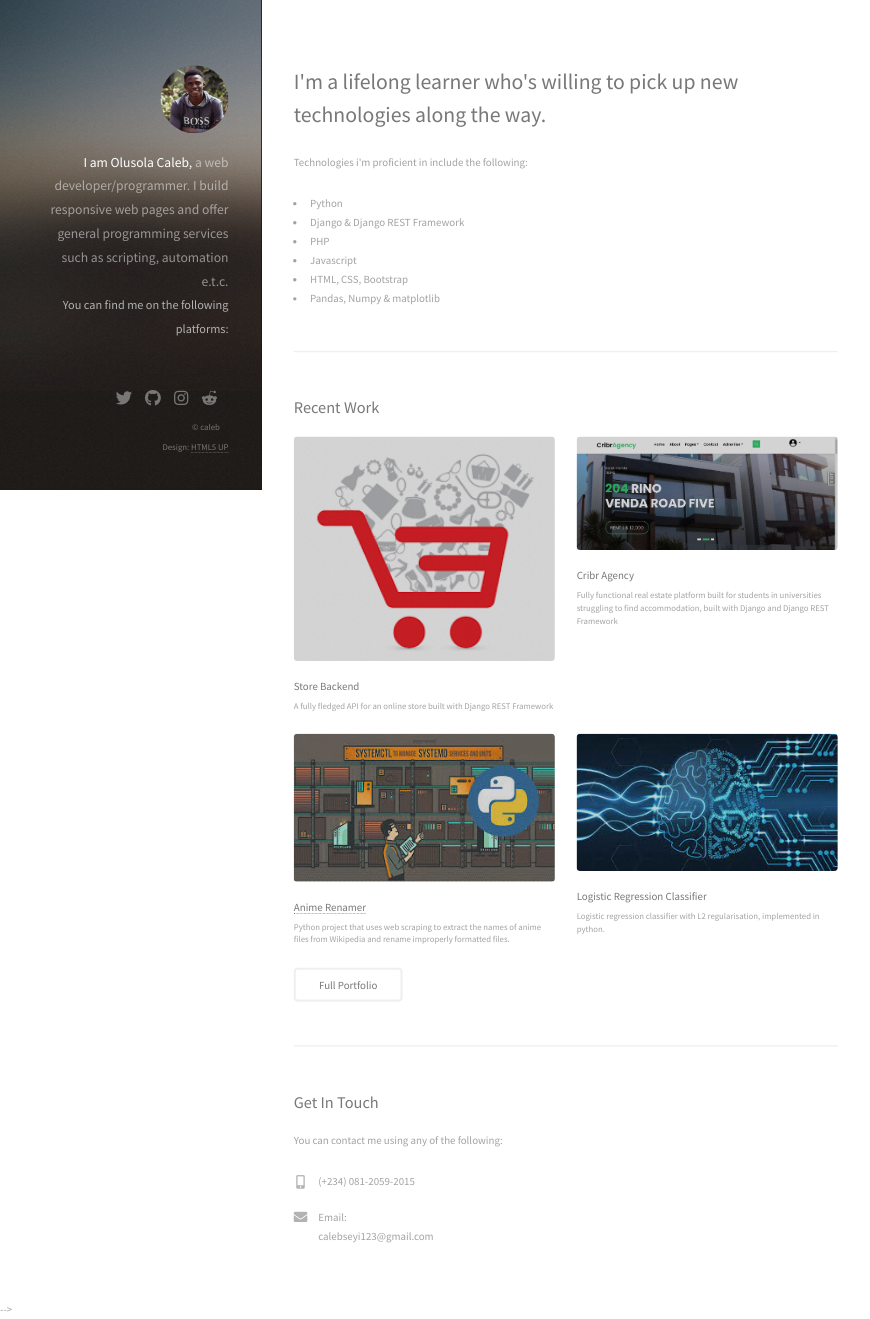
Repository: Caleb40/Caleb40.github.io
Page: index.html
An editor plug-in stored every save of this project. The page is shown before and after the next save, followed by the edit.
The browser window is 1280 px wide. The pictures show the whole page, at 68% of full size.

Above is the page before, as saved 2022-08-15 14:46:51.

### index.html
<!DOCTYPE HTML>
<html lang="en">

<head>
	<title>Olusola Caleb O.</title>
	<meta charset="utf-8" />
	<meta name="viewport" content="width=device-width, initial-scale=1, user-scalable=no" />
	<link rel="stylesheet" href="assets/css/main.css" />
</head>

<body class="is-preload">

	<!-- Header -->
	<header id="header">
		<div class="inner">
			<a href="#" class="image avatar"><img src="images/Photo_1607349133627.jpg" alt="profile" height="100px" width="100px" /></a>
			<h1 id="desc"><strong>I am Olusola Caleb,</strong><br> a web developer/programmer.<br />
				I build responsive web pages and offer general programming services such as scripting, automation e.t.c.
				<p id="findme">You can find me on <br> the following platforms:</p>
			</h1>

		</div>
	</header>

	<!-- Main -->
	<div id="main">

		<!-- One -->
		<section id="one">
			<header class="major">
				<h2>I'm a lifelong learner who's willing to pick up new technologies along the way.</h2>
			</header>
			<p>Technologies i'm proficient in include the following: </p>
			<ul>
				<li>Python</li>
				<li>Django & Django REST Framework</li>
				<li>PHP</li>
				<li>Javascript</li>
				<li>HTML, CSS, Bootstrap</li>
				<li>Pandas, Numpy & matplotlib</li>

			</ul>
			<!-- <ul class="actions">
				<li><a href="#" class="button">Learn More</a></li>
			</ul> -->
		</section>

		<!-- Two -->
		<section id="two">
			<h2>Recent Work</h2>
			<div class="row">
				<article class="col-6 col-12-xsmall work-item">
					<a href="http://moshbuy-prod-mnb" class="image fit thumb"><img
							src="images/store_logo.png" alt=""/></a>
					<h3>Store Backend</h3>
					<p>A fully fledged API for an online store built with Django REST Framework</p>
				</article>
				<article class="col-6 col-12-xsmall work-item">
					<a href="images/portfolio/20220712_184159.png" class="image fit thumb"><img
							src="images/portfolio/20220712_184159.png" /></a>
					<h3>Cribr Agency</h3>
					<p>Fully functional real estate platform built for students in universities struggling to find accommodation,
						built with Django and Django REST Framework</p>
				</article>
				<article class="col-6 col-12-xsmall work-item">
					<a href="images/images.jpeg" class="image fit thumb"><img src="images/images.jpeg" alt="" /></a>
					<h3><a href="https://github.com/Caleb40/Anime-Renamer">Anime Renamer</a></h3>
					<p>Python project that uses web scraping to extract the names of anime files from Wikipedia and rename
						improperly formatted files.</p>
				</article>
				<article class="col-6 col-12-xsmall work-item">
					<a href="images/ai.jpeg" class="image fit thumb"><img src="images/ai.jpeg" alt="" /></a>
					<h3>Logistic Regression Classifier</h3>
					<p>Logistic regression classifier with L2 regularisation, implemented in python.</p>
				</article>
			</div>
			<ul class="actions">
				<li><a href="https://www.linkedin.com/in/caleb-olusola/" class="button">Full Portfolio</a></li>
			</ul>
		</section>

		<!-- Three -->
		<section id="three">
			<h2>Get In Touch</h2>
			<p>You can contact me using any of the following:</p>
			<div class="row">
				<!-- <div class="col-8 col-12-small">
					<form method="post" action="#">
						<div class="row gtr-uniform gtr-50">
							<div class="col-6 col-12-xsmall"><input type="text" name="name" id="name"
									placeholder="Name" /></div>
							<div class="col-6 col-12-xsmall"><input type="email" name="email" id="email"
									placeholder="Email" /></div>
							<div class="col-12"><textarea name="message" id="message" placeholder="Message"
									rows="4"></textarea></div>
						</div>
					</form>
					<ul class="actions">
						<li><input type="submit" value="Send Message" /></li>
					</ul>

				</div> -->
				<div class="col-4 col-12-small">
					<ul class="labeled-icons">
						<li>
							<h3 class="icon solid fa-mobile-alt"><span class="label">Phone</span></h3>
						(+234) 081-2059-2015
						</li>
						<li>
							<h3 class="icon solid fa-envelope"><span class="label">Email</span></h3>
							<p>Email: calebseyi123@gmail.com</p>
						</li>
					</ul>
				</div>
			</div>
		</section>

		<!-- Four -->

					<!-- <section id="four">
						<h2>Elements</h2>

						<section>
							<h4>Text</h4>
							<p>This is <b>bold</b> and this is <strong>strong</strong>. This is <i>italic</i> and this is <em>emphasized</em>.
							This is <sup>superscript</sup> text and this is <sub>subscript</sub> text.
							This is <u>underlined</u> and this is code: <code>for (;;) { ... }</code>. Finally, <a href="#">this is a link</a>.</p>
							<hr />
							<header>
								<h4>Heading with a Subtitle</h4>
								<p>Lorem ipsum dolor sit amet nullam id egestas urna aliquam</p>
							</header>
							<p>Nunc lacinia ante nunc ac lobortis. Interdum adipiscing gravida odio porttitor sem non mi integer non faucibus ornare mi ut ante amet placerat aliquet. Volutpat eu sed ante lacinia sapien lorem accumsan varius montes viverra nibh in adipiscing blandit tempus accumsan.</p>
							<header>
								<h5>Heading with a Subtitle</h5>
								<p>Lorem ipsum dolor sit amet nullam id egestas urna aliquam</p>
							</header>
							<p>Nunc lacinia ante nunc ac lobortis. Interdum adipiscing gravida odio porttitor sem non mi integer non faucibus ornare mi ut ante amet placerat aliquet. Volutpat eu sed ante lacinia sapien lorem accumsan varius montes viverra nibh in adipiscing blandit tempus accumsan.</p>
							<hr />
							<h2>Heading Level 2</h2>
							<h3>Heading Level 3</h3>
							<h4>Heading Level 4</h4>
							<h5>Heading Level 5</h5>
							<h6>Heading Level 6</h6>
							<hr />
							<h5>Blockquote</h5>
							<blockquote>Fringilla nisl. Donec accumsan interdum nisi, quis tincidunt felis sagittis eget tempus euismod. Vestibulum ante ipsum primis in faucibus vestibulum. Blandit adipiscing eu felis iaculis volutpat ac adipiscing accumsan faucibus. Vestibulum ante ipsum primis in faucibus lorem ipsum dolor sit amet nullam adipiscing eu felis.</blockquote>
							<h5>Preformatted</h5>
							<pre><code>i = 0;

while (!deck.isInOrder()) {
print 'Iteration ' + i;
deck.shuffle();
i++;
}

print 'It took ' + i + ' iterations to sort the deck.';</code></pre>
						</section>

						<section>
							<h4>Lists</h4>
							<div class="row">
								<div class="col-6 col-12-xsmall">
									<h5>Unordered</h5>
									<ul>
										<li>Dolor pulvinar etiam magna etiam.</li>
										<li>Sagittis adipiscing lorem eleifend.</li>
										<li>Felis enim feugiat dolore viverra.</li>
									</ul>
									<h5>Alternate</h5>
									<ul class="alt">
										<li>Dolor pulvinar etiam magna etiam.</li>
										<li>Sagittis adipiscing lorem eleifend.</li>
										<li>Felis enim feugiat dolore viverra.</li>
									</ul>
								</div>
								<div class="col-6 col-12-xsmall">
									<h5>Ordered</h5>
									<ol>
										<li>Dolor pulvinar etiam magna etiam.</li>
										<li>Etiam vel felis at lorem sed viverra.</li>
										<li>Felis enim feugiat dolore viverra.</li>
										<li>Dolor pulvinar etiam magna etiam.</li>
										<li>Etiam vel felis at lorem sed viverra.</li>
										<li>Felis enim feugiat dolore viverra.</li>
									</ol>
									<h5>Icons</h5>
									<ul class="icons">
										<li><a href="#" class="icon brands fa-twitter"><span class="label">Twitter</span></a></li>
										<li><a href="#" class="icon brands fa-facebook-f"><span class="label">Facebook</span></a></li>
										<li><a href="#" class="icon brands fa-instagram"><span class="label">Instagram</span></a></li>
										<li><a href="#" class="icon brands fa-github"><span class="label">Github</span></a></li>
										<li><a href="#" class="icon brands fa-dribbble"><span class="label">Dribbble</span></a></li>
										<li><a href="#" class="icon brands fa-tumblr"><span class="label">Tumblr</span></a></li>
									</ul>
								</div>
							</div>
							<h5>Actions</h5>
							<ul class="actions">
								<li><a href="#" class="button primary">Default</a></li>
								<li><a href="#" class="button">Default</a></li>
							</ul>
							<ul class="actions small">
								<li><a href="#" class="button primary small">Small</a></li>
								<li><a href="#" class="button small">Small</a></li>
							</ul>
							<div class="row">
								<div class="col-6 col-12-small">
									<ul class="actions stacked">
										<li><a href="#" class="button primary">Default</a></li>
										<li><a href="#" class="button">Default</a></li>
									</ul>
								</div>
								<div class="col-6 col-12-small">
									<ul class="actions stacked">
										<li><a href="#" class="button primary small">Small</a></li>
										<li><a href="#" class="button small">Small</a></li>
									</ul>
								</div>
								<div class="col-6 col-12-small">
									<ul class="actions stacked">
										<li><a href="#" class="button primary fit">Default</a></li>
										<li><a href="#" class="button fit">Default</a></li>
									</ul>
								</div>
								<div class="col-6 col-12-small">
									<ul class="actions stacked">
										<li><a href="#" class="button primary small fit">Small</a></li>
										<li><a href="#" class="button small fit">Small</a></li>
									</ul>
								</div>
							</div>
						</section>

						<section>
							<h4>Table</h4>
							<h5>Default</h5>
							<div class="table-wrapper">
								<table>
									<thead>
										<tr>
											<th>Name</th>
											<th>Description</th>
											<th>Price</th>
										</tr>
									</thead>
									<tbody>
										<tr>
											<td>Item One</td>
											<td>Ante turpis integer aliquet porttitor.</td>
											<td>29.99</td>
										</tr>
										<tr>
											<td>Item Two</td>
											<td>Vis ac commodo adipiscing arcu aliquet.</td>
											<td>19.99</td>
										</tr>
										<tr>
											<td>Item Three</td>
											<td> Morbi faucibus arcu accumsan lorem.</td>
											<td>29.99</td>
										</tr>
										<tr>
											<td>Item Four</td>
											<td>Vitae integer tempus condimentum.</td>
											<td>19.99</td>
										</tr>
										<tr>
											<td>Item Five</td>
											<td>Ante turpis integer aliquet porttitor.</td>
											<td>29.99</td>
										</tr>
									</tbody>
									<tfoot>
										<tr>
											<td colspan="2"></td>
											<td>100.00</td>
										</tr>
									</tfoot>
								</table>
							</div>

							<h5>Alternate</h5>
							<div class="table-wrapper">
								<table class="alt">
									<thead>
										<tr>
											<th>Name</th>
											<th>Description</th>
											<th>Price</th>
										</tr>
									</thead>
									<tbody>
										<tr>
											<td>Item One</td>
											<td>Ante turpis integer aliquet porttitor.</td>
											<td>29.99</td>
										</tr>
										<tr>
											<td>Item Two</td>
											<td>Vis ac commodo adipiscing arcu aliquet.</td>
											<td>19.99</td>
										</tr>
										<tr>
											<td>Item Three</td>
											<td> Morbi faucibus arcu accumsan lorem.</td>
											<td>29.99</td>
										</tr>
										<tr>
											<td>Item Four</td>
											<td>Vitae integer tempus condimentum.</td>
											<td>19.99</td>
										</tr>
										<tr>
											<td>Item Five</td>
											<td>Ante turpis integer aliquet porttitor.</td>
											<td>29.99</td>
										</tr>
									</tbody>
									<tfoot>
										<tr>
											<td colspan="2"></td>
											<td>100.00</td>
										</tr>
									</tfoot>
								</table>
							</div>
						</section>

						<section>
							<h4>Buttons</h4>
							<ul class="actions">
								<li><a href="#" class="button primary">Primary</a></li>
								<li><a href="#" class="button">Default</a></li>
							</ul>
							<ul class="actions">
								<li><a href="#" class="button large">Large</a></li>
								<li><a href="#" class="button">Default</a></li>
								<li><a href="#" class="button small">Small</a></li>
							</ul>
							<ul class="actions fit">
								<li><a href="#" class="button primary fit">Fit</a></li>
								<li><a href="#" class="button fit">Fit</a></li>
							</ul>
							<ul class="actions fit small">
								<li><a href="#" class="button primary fit small">Fit + Small</a></li>
								<li><a href="#" class="button fit small">Fit + Small</a></li>
							</ul>
							<ul class="actions">
								<li><a href="#" class="button primary icon solid fa-download">Icon</a></li>
								<li><a href="#" class="button icon solid fa-download">Icon</a></li>
							</ul>
							<ul class="actions">
								<li><span class="button primary disabled">Primary</span></li>
								<li><span class="button disabled">Default</span></li>
							</ul>
						</section>

						<section>
							<h4>Form</h4>
							<form method="post" action="#">
								<div class="row gtr-uniform gtr-50">
									<div class="col-6 col-12-xsmall">
										<input type="text" name="demo-name" id="demo-name" value="" placeholder="Name" />
									</div>
									<div class="col-6 col-12-xsmall">
										<input type="email" name="demo-email" id="demo-email" value="" placeholder="Email" />
									</div>
									<div class="col-12">
										<select name="demo-category" id="demo-category">
											<option value="">- Category -</option>
											<option value="1">Manufacturing</option>
											<option value="1">Shipping</option>
											<option value="1">Administration</option>
											<option value="1">Human Resources</option>
										</select>
									</div>
									<div class="col-4 col-12-small">
										<input type="radio" id="demo-priority-low" name="demo-priority" checked>
										<label for="demo-priority-low">Low Priority</label>
									</div>
									<div class="col-4 col-12-small">
										<input type="radio" id="demo-priority-normal" name="demo-priority">
										<label for="demo-priority-normal">Normal Priority</label>
									</div>
									<div class="col-4 col-12-small">
										<input type="radio" id="demo-priority-high" name="demo-priority">
										<label for="demo-priority-high">High Priority</label>
									</div>
									<div class="col-6 col-12-small">
										<input type="checkbox" id="demo-copy" name="demo-copy">
										<label for="demo-copy">Email me a copy of this message</label>
									</div>
									<div class="col-6 col-12-small">
										<input type="checkbox" id="demo-human" name="demo-human" checked>
										<label for="demo-human">I am a human and not a robot</label>
									</div>
									<div class="col-12">
										<textarea name="demo-message" id="demo-message" placeholder="Enter your message" rows="6"></textarea>
									</div>
									<div class="col-12">
										<ul class="actions">
											<li><input type="submit" value="Send Message" class="primary" /></li>
											<li><input type="reset" value="Reset" /></li>
										</ul>
									</div>
								</div>
							</form>
						</section>

						<section>
							<h4>Image</h4>
							<h5>Fit</h5>
							<div class="box alt">
								<div class="row gtr-50 gtr-uniform">
									<div class="col-12"><span class="image fit"><img src="images/fulls/05.jpg" alt="" /></span></div>
									<div class="col-4"><span class="image fit"><img src="images/thumbs/01.jpg" alt="" /></span></div>
									<div class="col-4"><span class="image fit"><img src="images/thumbs/02.jpg" alt="" /></span></div>
									<div class="col-4"><span class="image fit"><img src="images/thumbs/03.jpg" alt="" /></span></div>
									<div class="col-4"><span class="image fit"><img src="images/thumbs/04.jpg" alt="" /></span></div>
									<div class="col-4"><span class="image fit"><img src="images/thumbs/05.jpg" alt="" /></span></div>
									<div class="col-4"><span class="image fit"><img src="images/thumbs/06.jpg" alt="" /></span></div>
									<div class="col-4"><span class="image fit"><img src="images/thumbs/03.jpg" alt="" /></span></div>
									<div class="col-4"><span class="image fit"><img src="images/thumbs/02.jpg" alt="" /></span></div>
									<div class="col-4"><span class="image fit"><img src="images/thumbs/01.jpg" alt="" /></span></div>
								</div>
							</div>
							<h5>Left &amp; Right</h5>
							<p><span class="image left"><img src="images/avatar.jpg" alt="" /></span>Fringilla nisl. Donec accumsan interdum nisi, quis tincidunt felis sagittis eget. tempus euismod. Vestibulum ante ipsum primis in faucibus vestibulum. Blandit adipiscing eu felis iaculis volutpat ac adipiscing accumsan eu faucibus. Integer ac pellentesque praesent tincidunt felis sagittis eget. tempus euismod. Vestibulum ante ipsum primis in faucibus vestibulum. Blandit adipiscing eu felis iaculis volutpat ac adipiscing accumsan eu faucibus. Integer ac pellentesque praesent. Donec accumsan interdum nisi, quis tincidunt felis sagittis eget. tempus euismod. Vestibulum ante ipsum primis in faucibus vestibulum. Blandit adipiscing eu felis iaculis volutpat ac adipiscing accumsan eu faucibus. Integer ac pellentesque praesent tincidunt felis sagittis eget. tempus euismod. Vestibulum ante ipsum primis in faucibus vestibulum. Blandit adipiscing eu felis iaculis volutpat ac adipiscing accumsan eu faucibus. Integer ac pellentesque praesent.</p>
							<p><span class="image right"><img src="images/avatar.jpg" alt="" /></span>Fringilla nisl. Donec accumsan interdum nisi, quis tincidunt felis sagittis eget. tempus euismod. Vestibulum ante ipsum primis in faucibus vestibulum. Blandit adipiscing eu felis iaculis volutpat ac adipiscing accumsan eu faucibus. Integer ac pellentesque praesent tincidunt felis sagittis eget. tempus euismod. Vestibulum ante ipsum primis in faucibus vestibulum. Blandit adipiscing eu felis iaculis volutpat ac adipiscing accumsan eu faucibus. Integer ac pellentesque praesent. Donec accumsan interdum nisi, quis tincidunt felis sagittis eget. tempus euismod. Vestibulum ante ipsum primis in faucibus vestibulum. Blandit adipiscing eu felis iaculis volutpat ac adipiscing accumsan eu faucibus. Integer ac pellentesque praesent tincidunt felis sagittis eget. tempus euismod. Vestibulum ante ipsum primis in faucibus vestibulum. Blandit adipiscing eu felis iaculis volutpat ac adipiscing accumsan eu faucibus. Integer ac pellentesque praesent.</p>
						</section>

					</section>
				-->

	</div> -->

	<!-- Footer -->
	<footer id="footer">
		<div class="inner">
			<!-- <p id="phone">Contact: 08120592015</p>
			<p id="email">E-mail: calebseyi123@gmail.com</p> -->
			<ul class="icons">
				<li><a href="https://twitter.com/caleb_mnb" class="icon brands fa-twitter"><span
							class="label">Twitter</span></a></li>
				<li><a href="https://github.com/Caleb40" class="icon brands fa-github"><span
							class="label">Github</span></a></li>
				<li><a href="https://www.instagram.com/itz_calebking/" class="icon brands fa-instagram"><span
							class="label">Instagram</span></a></li>
				<li><a href="https://www.reddit.com/user/caleb_king" class="icon brands fa-reddit-alien"><span
							class="label">Reddit</span></a></li>
				<ul class="copyright">
					<li>&copy; caleb</li>
					<li>Design: <a href="http://html5up.net">HTML5 UP</a></li>
				</ul>

			</ul>
		</div>
	</footer>

	<!-- Scripts -->
	<script src="assets/js/jquery.min.js"></script>
	<script src="assets/js/jquery.poptrox.min.js"></script>
	<script src="assets/js/browser.min.js"></script>
	<script src="assets/js/breakpoints.min.js"></script>
	<script src="assets/js/util.js"></script>
	<script src="assets/js/main.js"></script>

</body>

</html>

Loaded but not shown: assets/css/fontawesome-all.min.css (library); assets/js/jquery.min.js (library); assets/js/jquery.poptrox.min.js (library); assets/js/browser.min.js (common file); assets/js/breakpoints.min.js (common file); assets/js/util.js (587 lines, source omitted); assets/js/main.js (117 lines, source omitted); assets/css/main.css (3241 lines, source omitted)

After the next save:
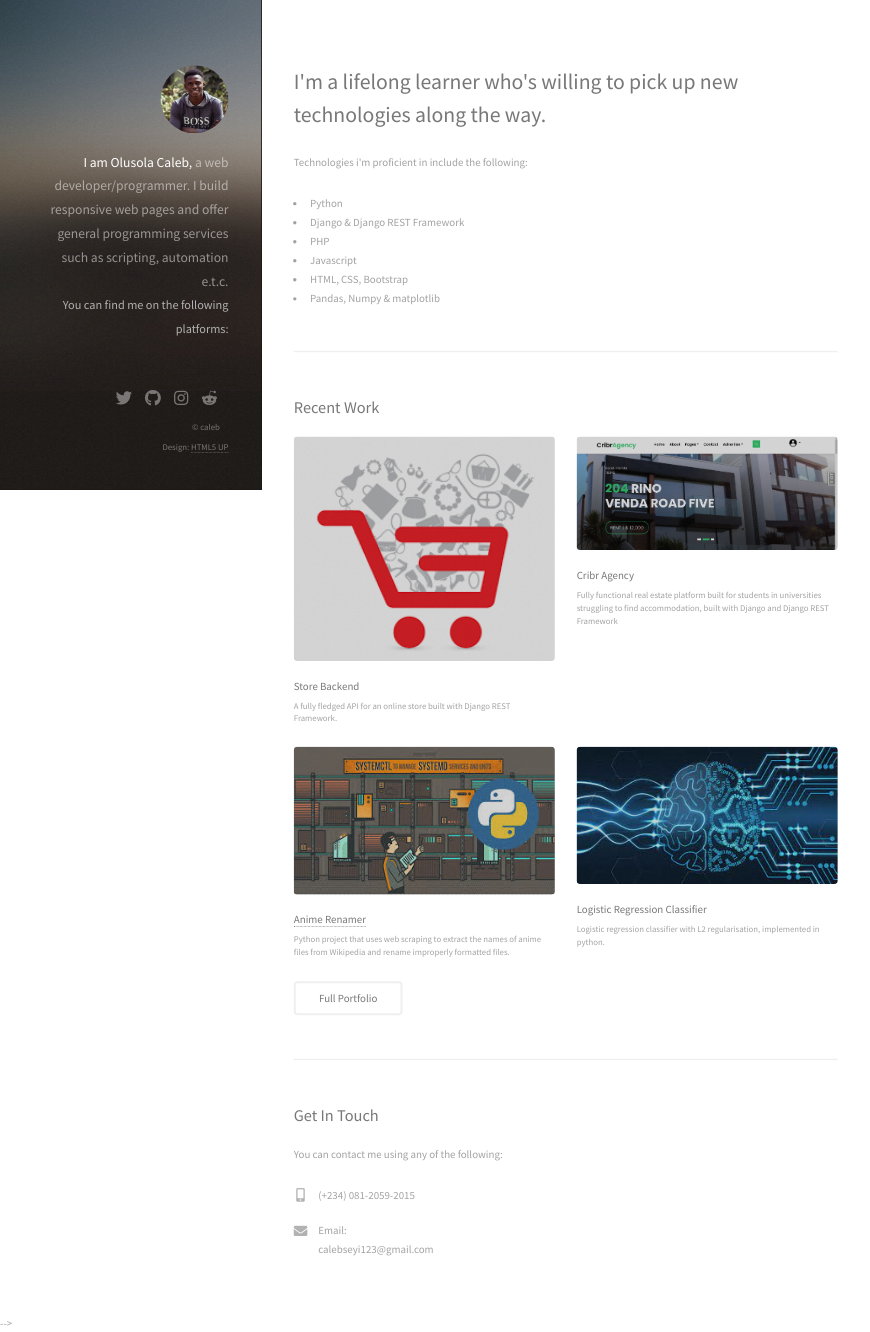
Saved 6 s later.
--- a/index.html
+++ b/index.html
@@ -53,7 +53,7 @@
 					<a href="http://moshbuy-prod-mnb" class="image fit thumb"><img
 							src="images/store_logo.png" alt=""/></a>
 					<h3>Store Backend</h3>
-					<p>A fully fledged API for an online store built with Django REST Framework</p>
+					<p>A fully fledged API for an online store built with Django REST Framework.</p>
 				</article>
 				<article class="col-6 col-12-xsmall work-item">
 					<a href="images/portfolio/20220712_184159.png" class="image fit thumb"><img
